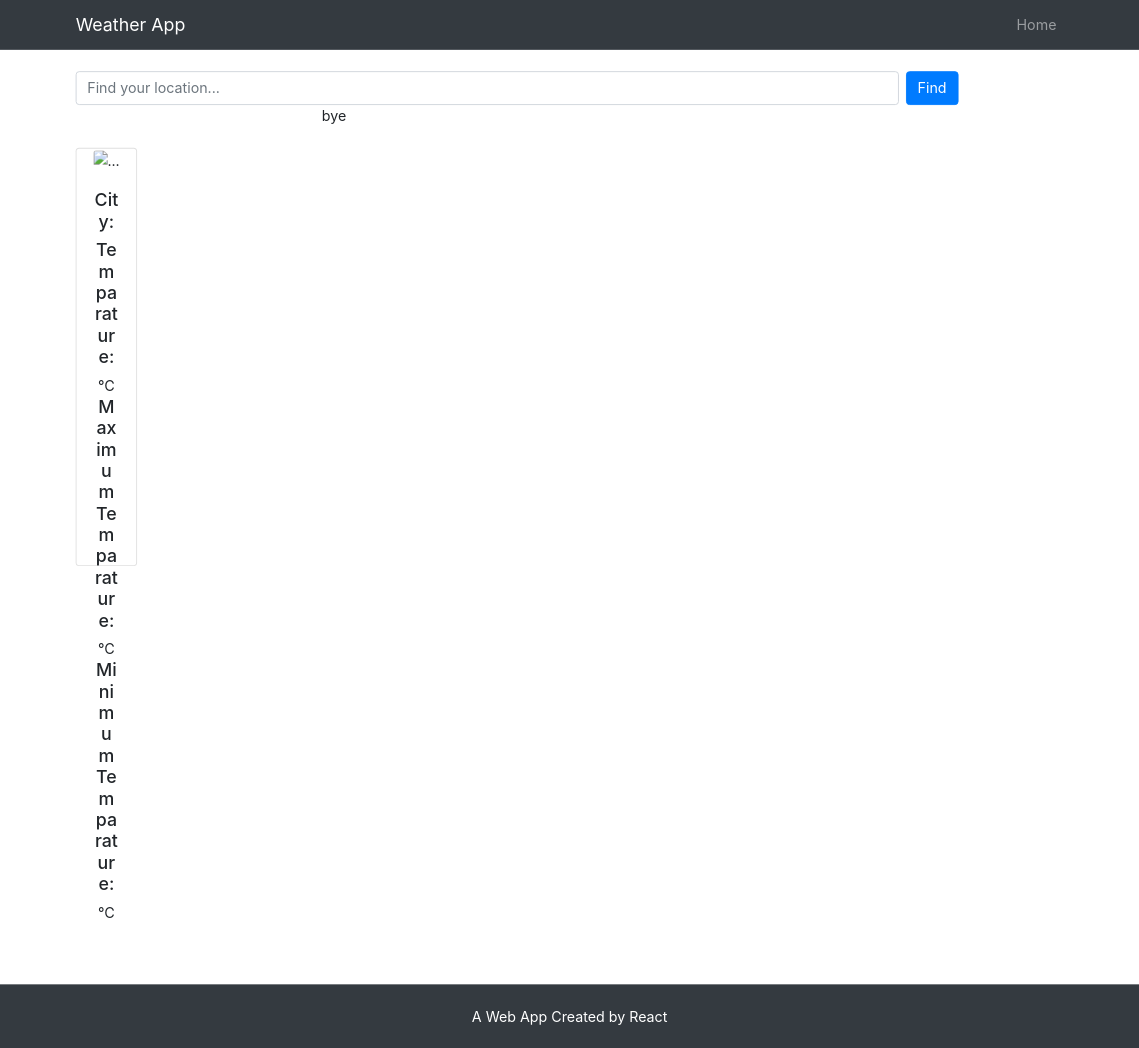
Repository: smk87/weather-app-react
Page: /
These files come from the project's save history. The page is drawn as it stood at one moment and after a run of saves; the edit follows.
The browser window is 1280 px wide. The pictures show the whole page, at 89% of full size.
The page's requests for data from a server got no answer. Some web libraries are served in a nearby version. The project was rebuilt for these pictures with package versions that can differ from the ones it lists, and the page was loaded fresh each time. A package was used in the major version that the imports need, not the one package.json lists. No one was signed in, and anything a server would have sent is missing.

Above is the page before, as saved 2019-02-06 17:49:49.

### public/index.html
<!DOCTYPE html>
<html lang="en">
  <head>
    <meta charset="utf-8" />
    <link rel="shortcut icon" href="%PUBLIC_URL%/favicon.ico" />
    <meta
      name="viewport"
      content="width=device-width, initial-scale=1, shrink-to-fit=no"
    />
    <meta name="theme-color" content="#000000" />
    <!--
      manifest.json provides metadata used when your web app is added to the
      homescreen on Android. See https://developers.google.com/web/fundamentals/web-app-manifest/
    -->
    <link rel="manifest" href="%PUBLIC_URL%/manifest.json" />
    <link
      rel="stylesheet"
      href="https://stackpath.bootstrapcdn.com/bootstrap/4.2.1/css/bootstrap.min.css"
      integrity="sha384-GJzZqFGwb1QTTN6wy59ffF1BuGJpLSa9DkKMp0DgiMDm4iYMj70gZWKYbI706tWS"
      crossorigin="anonymous"
    />
    <script
      defer
      src="https://use.fontawesome.com/releases/v5.6.3/js/all.js"
      integrity="sha384-EIHISlAOj4zgYieurP0SdoiBYfGJKkgWedPHH4jCzpCXLmzVsw1ouK59MuUtP4a1"
      crossorigin="anonymous"
    ></script>
    <!--
      Notice the use of %PUBLIC_URL% in the tags above.
      It will be replaced with the URL of the `public` folder during the build.
      Only files inside the `public` folder can be referenced from the HTML.

      Unlike "/favicon.ico" or "favicon.ico", "%PUBLIC_URL%/favicon.ico" will
      work correctly both with client-side routing and a non-root public URL.
      Learn how to configure a non-root public URL by running `npm run build`.
    -->
    <title>React App</title>
  </head>
  <body>
    <noscript>You need to enable JavaScript to run this app.</noscript>
    <div id="root"></div>
    <!--
      This HTML file is a template.
      If you open it directly in the browser, you will see an empty page.

      You can add webfonts, meta tags, or analytics to this file.
      The build step will place the bundled scripts into the <body> tag.

      To begin the development, run `npm start` or `yarn start`.
      To create a production bundle, use `npm run build` or `yarn build`.
    -->

    <script
      src="https://code.jquery.com/jquery-3.3.1.slim.min.js"
      integrity="sha384-q8i/X+965DzO0rT7abK41JStQIAqVgRVzpbzo5smXKp4YfRvH+8abtTE1Pi6jizo"
      crossorigin="anonymous"
    ></script>
    <script
      src="https://cdnjs.cloudflare.com/ajax/libs/popper.js/1.14.6/umd/popper.min.js"
      integrity="sha384-wHAiFfRlMFy6i5SRaxvfOCifBUQy1xHdJ/yoi7FRNXMRBu5WHdZYu1hA6ZOblgut"
      crossorigin="anonymous"
    ></script>
    <script
      src="https://stackpath.bootstrapcdn.com/bootstrap/4.2.1/js/bootstrap.min.js"
      integrity="sha384-B0UglyR+jN6CkvvICOB2joaf5I4l3gm9GU6Hc1og6Ls7i6U/mkkaduKaBhlAXv9k"
      crossorigin="anonymous"
    ></script>
  </body>
</html>

### src/App.js
import React, { Component } from "react";
import { BrowserRouter as Router, Route, Switch } from "react-router-dom";
import logo from "./logo.svg";
import "./App.css";

//Import Layout Components
import NavBar from "./components/NavBar";
import Footer from "./components/Footer";
import Home from "./components/Home";

class App extends Component {
  render() {
    return (
      <Router>
        <div className="App">
          <NavBar />
          <Route exact path="/" component={Home} />
          <Footer />
        </div>
      </Router>
    );
  }
}

export default App;

### src/components/NavBar.js
import React, { Component } from "react";
import { Link } from "react-router-dom";

export default class NavBar extends Component {
  render() {
    return (
      <div>
        <nav className="navbar navbar-expand-sm navbar-dark bg-dark mb-4">
          <div className="container">
            <Link className="navbar-brand" to="/">
              Weather App
            </Link>
            <button
              className="navbar-toggler"
              type="button"
              data-toggle="collapse"
              data-target="#mobile-nav"
            >
              <span className="navbar-toggler-icon" />
            </button>

            <div className="collapse navbar-collapse" id="mobile-nav">
              <ul className="navbar-nav mr-auto" />
              <ul className="navbar-nav ml-auto">
                <li className="nav-item">
                  <Link className="nav-link" to="/">
                    Home
                  </Link>
                </li>
              </ul>
            </div>
          </div>
        </nav>
      </div>
    );
  }
}

### src/components/Footer.js
import React from "react";

export default function Footer() {
  return (
    <footer className="bg-dark text-white mt-5 p-4 text-center">
      A Web App Created by React
    </footer>
  );
}

### src/components/Home.js
import React, { Component } from "react";
import { Link } from "react-router-dom";
import Weather from "./Weather";

export default class Home extends Component {
  constructor() {
    super();

    this.state = {
      search: ""
    };
  }
  onChange = e => {
    this.setState({
      [e.target.name]: e.target.value
    });
  };
  onSubmit = e => {
    e.preventDefault();
    console.log(this.state);
  };

  render() {
    return (
      <div>
        <div className="container">
          <form onSubmit={this.onSubmit} action="#" className="form-inline">
            <input
              type="text"
              name="search"
              className="form-control col-md-10"
              placeholder="Find your location..."
              value={this.state.search}
              onChange={this.onChange}
            />
            <input
              type="submit"
              className="ml-2 btn btn-primary"
              value="Find"
            />
          </form>
          <div style={{ display: "flex" }}>
            <span>
              <Weather id="2344116" />
            </span>
            <span>bye</span>
          </div>
        </div>
      </div>
    );
  }
}

### src/components/Weather.js
import React, { Component } from "react";
import axios from "axios";

export default class Weather extends Component {
  constructor() {
    super();

    this.state = {
      cityname: "",
      id: "",
      temp: "",
      maxtemp: "",
      mintemp: "",
      logo: ""
    };
  }

  componentWillMount() {
    this.setState({ id: this.props.id });

    const url = `weather/weather.php?command=location&woeid=${this.props.id}`;
    // console.log(url);
    axios
      .get(url) //Used proxy to connect with local wamp server
      .then(res => {
        console.log(res.data);

        switch (res.data.consolidated_weather[0].weather_state_name) {
          case "Snow":
            this.setState({
              logo: "https://www.metaweather.com/static/img/weather/sn.svg"
            });
            break;
          case "Sleet":
            this.setState({
              logo: "https://www.metaweather.com/static/img/weather/sl.svg"
            });
            break;
          case "Hail":
            this.setState({
              logo: "https://www.metaweather.com/static/img/weather/h.svg"
            });
            break;
          case "Thunderstorm":
            this.setState({
              logo: "https://www.metaweather.com/static/img/weather/t.svg"
            });
            break;
          case "Heavy Rain":
            this.setState({
              logo: "https://www.metaweather.com/static/img/weather/hr.svg"
            });
            break;
          case "Light Rain":
            this.setState({
              logo: `https://www.metaweather.com/static/img/weather/lr.svg`
            });
            break;
          case "Showers":
            this.setState({
              logo: "https://www.metaweather.com/static/img/weather/s.svg"
            });
            break;
          case "Heavy Cloud":
            this.setState({
              logo: "https://www.metaweather.com/static/img/weather/hc.svg"
            });
            break;
          case "Light Cloud":
            this.setState({
              logo: "https://www.metaweather.com/static/img/weather/lc.svg"
            });
            break;
          case "Clear":
            this.setState({
              logo: "https://www.metaweather.com/static/img/weather/c.svg"
            });
            break;
        }
        this.setState({
          cityname: res.data.title,
          temp: res.data.consolidated_weather[0].the_temp.toPrecision(3),
          maxtemp: res.data.consolidated_weather[0].max_temp.toPrecision(3),
          mintemp: res.data.consolidated_weather[0].min_temp.toPrecision(3)
        });
      })
      .catch(err => console.log(err));
  }

  render() {
    return (
      <div className="mt-5 mr-2 h-50 w-25 card">
        <div>
          <img src={this.state.logo} className="card-img-top" alt="..." />
        </div>
        <div className="card-body">
          <div className="card-text">
            <h5>City: </h5> {this.state.cityname}
          </div>
          <div className="card-text">
            <h5>Temparature: </h5> {this.state.temp}
            <span>&#8451;</span>
          </div>
          <div className="card-text">
            {" "}
            <h5>Maximum Temparature: </h5> {this.state.maxtemp}
            <span>&#8451;</span>
          </div>
          <div className="card-text">
            {" "}
            <h5>Minimum Temparature: </h5>
            {this.state.mintemp}
            <span>&#8451;</span>
          </div>
        </div>
      </div>
    );
  }
}

Loaded but not shown: src/index.js (common file); src/index.css (common file); src/serviceWorker.js (common file); src/App.css (common file)

After the next 3 saves:
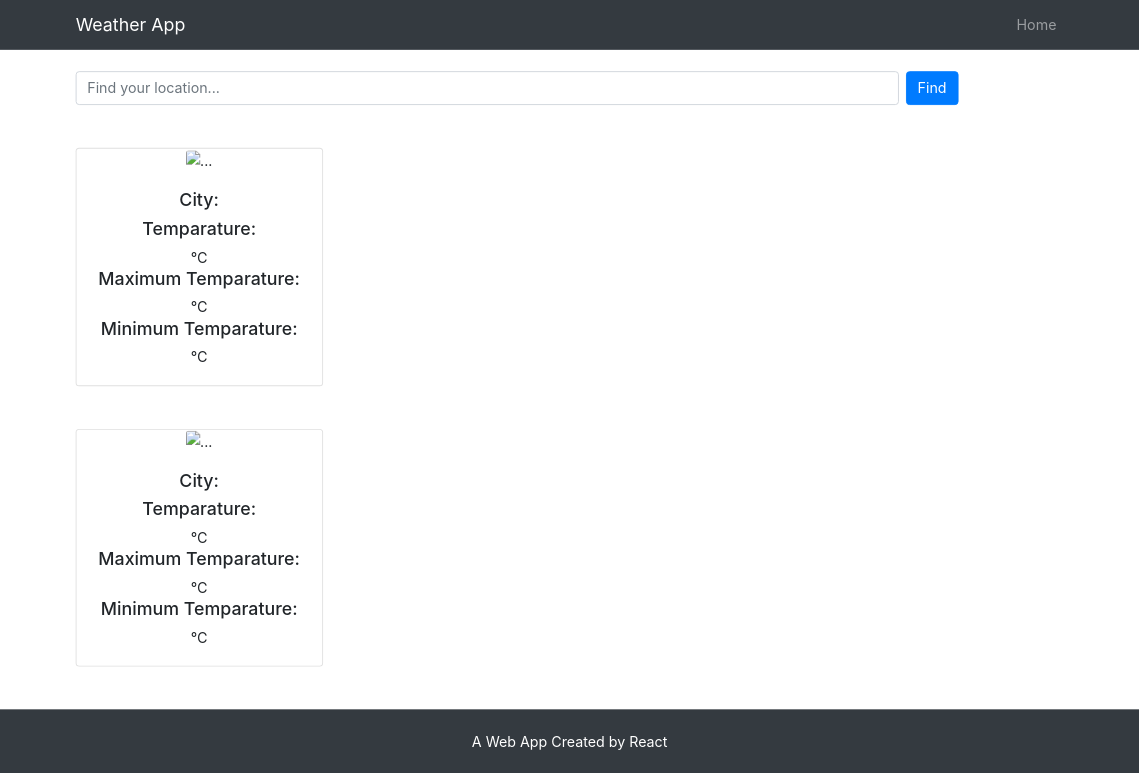
The 3 saves are shown as one change because 2 did not build or start.
The last was saved 77 s later.
--- a/src/components/Home.js
+++ b/src/components/Home.js
@@ -39,12 +39,9 @@ export default class Home extends Component {
               value="Find"
             />
           </form>
-          <div style={{ display: "flex" }}>
-            <span>
-              <Weather id="2344116" />
-            </span>
-            <span>bye</span>
-          </div>
+
+          <Weather id="2344116" />
+          <Weather id="2344116" />
         </div>
       </div>
     );
